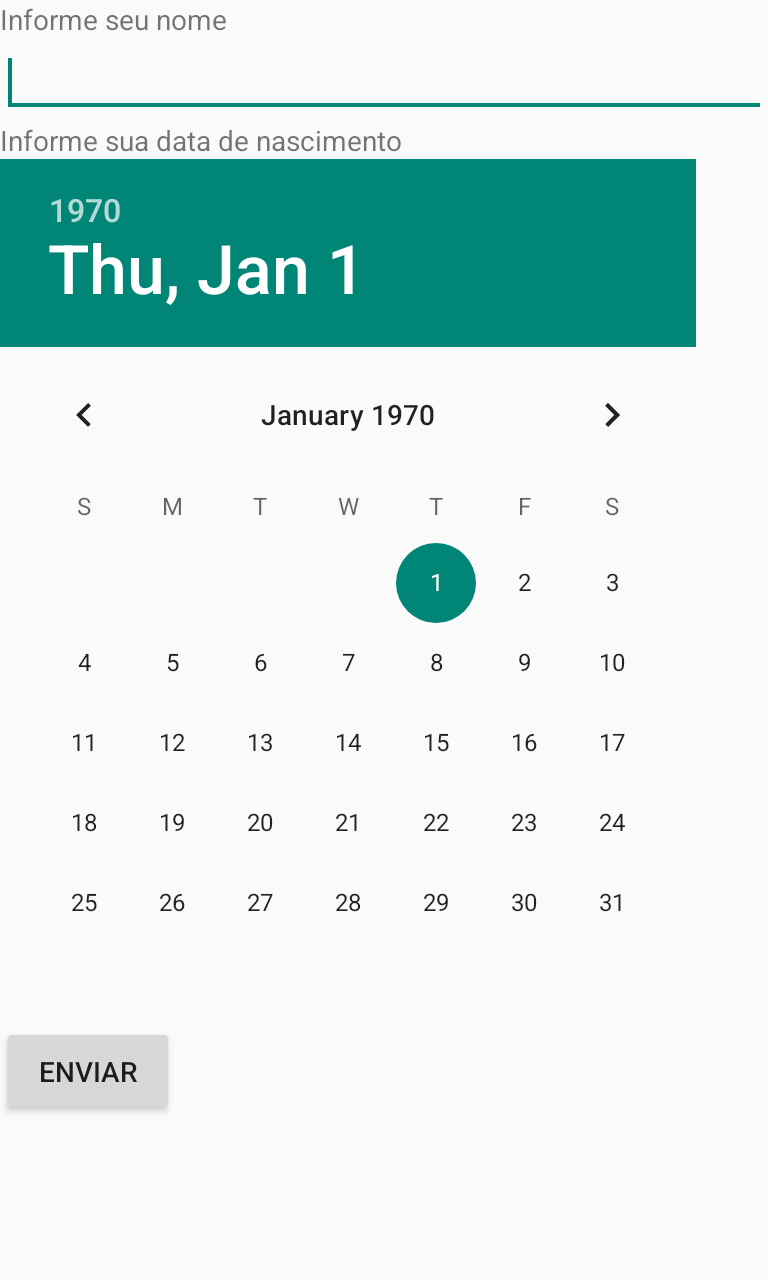
Repository: willianjean/androidProject
Layout: Exercicio3/res/layout/activity_main.xml
The author's editor kept a copy of each file at every save. The layout is drawn from the files as they stood at one save, then again after the next save.
It is drawn on a 768 x 1280 px phone screen (xhdpi) without system bars, with theme AppTheme; the app's code is not run.

Above is the layout before, as saved 2014-07-24 03:12:12.

### Exercicio3/res/layout/activity_main.xml
<LinearLayout xmlns:android="http://schemas.android.com/apk/res/android"
    xmlns:tools="http://schemas.android.com/tools"
    android:id="@+id/LinearLayout2"
    android:layout_width="match_parent"
    android:layout_height="match_parent"
    android:orientation="vertical"
    tools:context="${relativePackage}.${activityClass}" >

    <TextView
        android:id="@+id/textView1"
        android:layout_width="wrap_content"
        android:layout_height="wrap_content"
        android:text="Informe seu nome" />

    <EditText
        android:id="@+id/nome"
        android:layout_width="match_parent"
        android:layout_height="wrap_content"
        android:ems="10"
        android:inputType="textPersonName" >

        <requestFocus />
    </EditText>

    <TextView
        android:id="@+id/textView2"
        android:layout_width="wrap_content"
        android:layout_height="wrap_content"
        android:text="Informe sua data de nascimento" />

    <DatePicker
        android:id="@+id/datePicker1"
        android:layout_width="wrap_content"
        android:layout_height="wrap_content" />

    <Button
        android:id="@+id/enviar"
        android:layout_width="wrap_content"
        android:layout_height="wrap_content"
        android:text="Enviar" />

</LinearLayout>

Loaded but not shown: Exercicio3/res/values/styles.xml (common file); Exercicio3/res/values-v11/styles.xml (common file); Exercicio3/res/values-v14/styles.xml (common file)

After the next save:
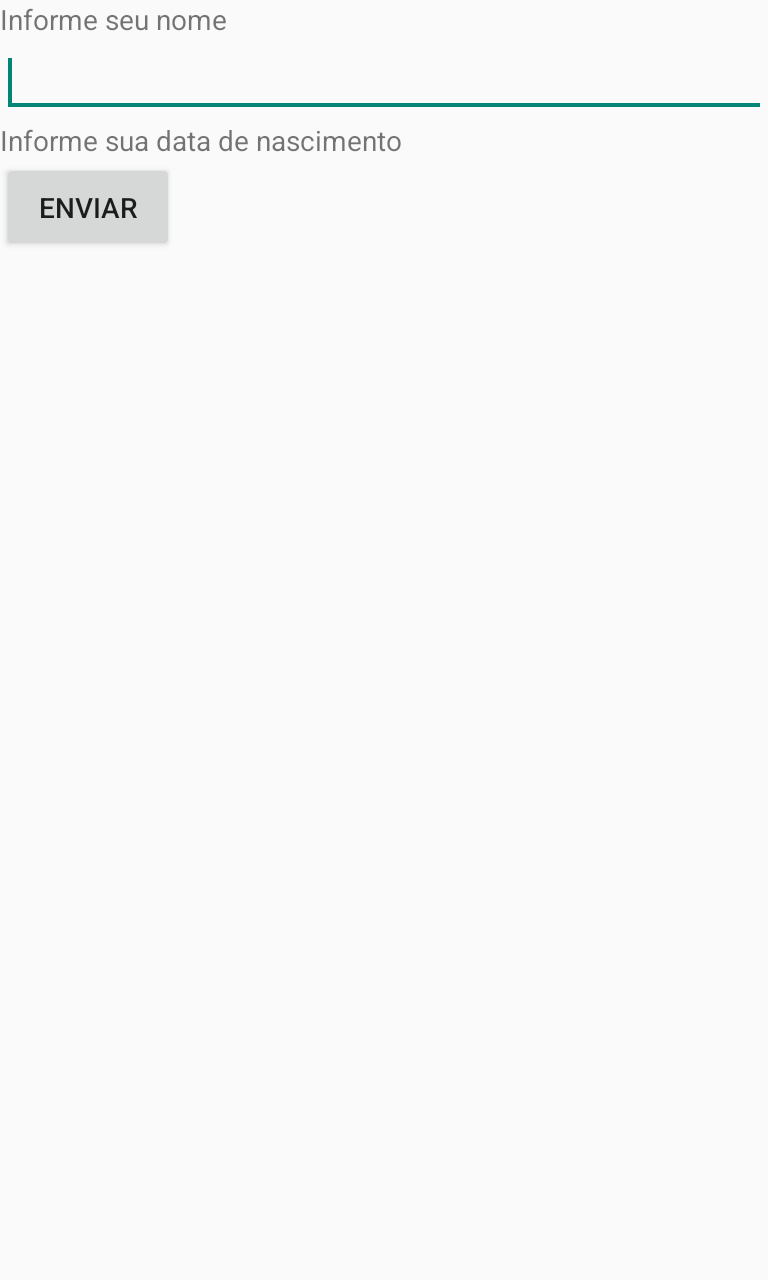
Saved 6 h 58 min later.
--- a/Exercicio3/res/layout/activity_main.xml
+++ b/Exercicio3/res/layout/activity_main.xml
@@ -28,11 +28,6 @@
         android:layout_height="wrap_content"
         android:text="Informe sua data de nascimento" />
 
-    <DatePicker
-        android:id="@+id/datePicker1"
-        android:layout_width="wrap_content"
-        android:layout_height="wrap_content" />
-
     <Button
         android:id="@+id/enviar"
         android:layout_width="wrap_content"
